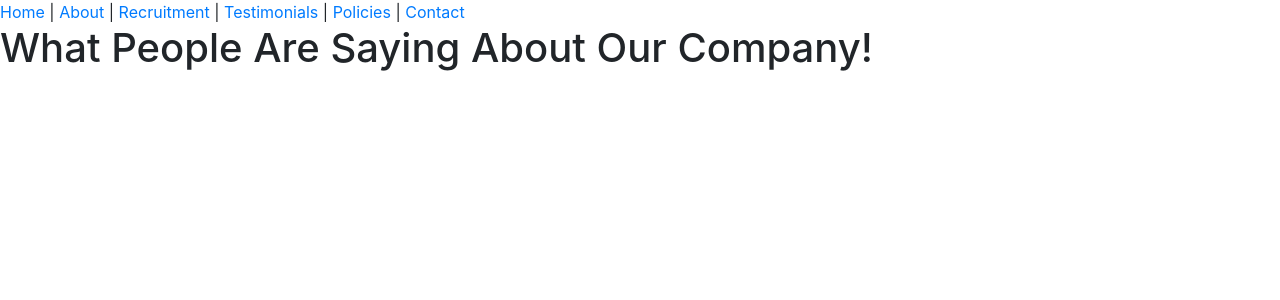
Repository: cerebrium/website
Page: /testimonials
The author's editor kept a copy of each file at every save. The page is drawn from the files as they stood at one save, then again after the next save.
The browser window is 1280 px wide. The pictures show the whole page.
The project was rebuilt for these pictures with package versions that can differ from the ones it lists, and the page was loaded fresh each time. Also part of the build but not shown: src/Routes/About.jsx, src/Routes/Recruitment.jsx, src/Routes/Policies.jsx, src/Routes/Home.jsx, src/Routes/Contact.jsx.

Above is the page before, as saved 2019-11-02 11:36:11.

After the next save:
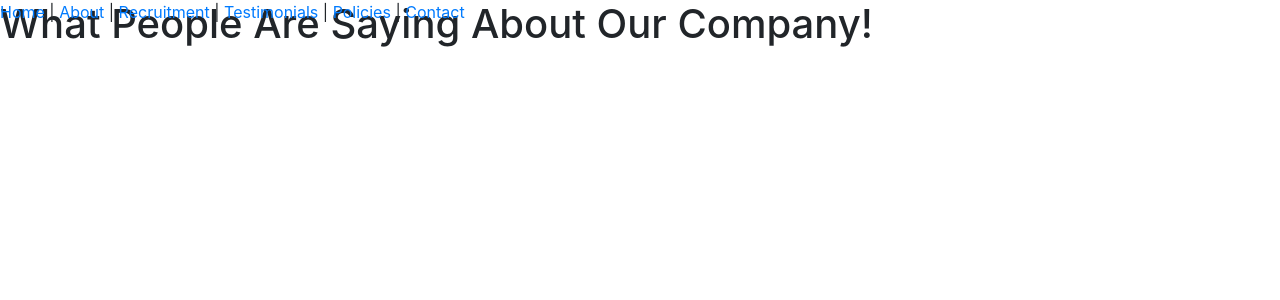
Saved 12 s later.
--- a/src/styles/App.css
+++ b/src/styles/App.css
@@ -3,5 +3,5 @@
 }
 
 nav {
-  display: inline;
+  position: absolute;
 }

After the save that followed:
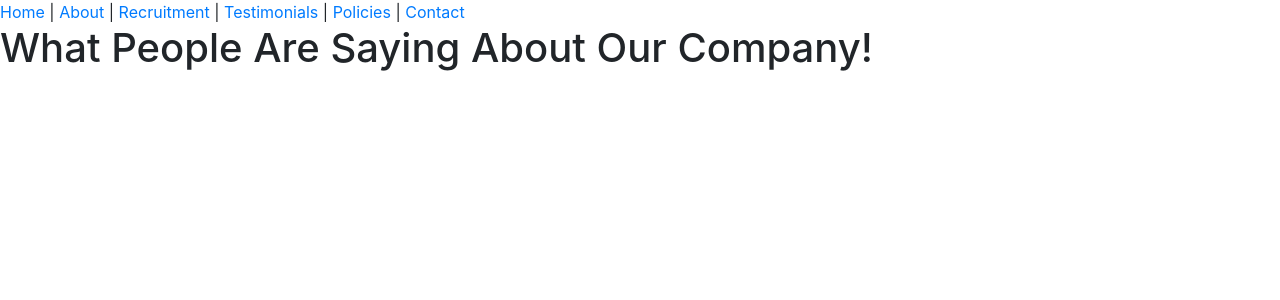
Saved 8 s later.
--- a/src/styles/App.css
+++ b/src/styles/App.css
@@ -3,5 +3,5 @@
 }
 
 nav {
-  position: absolute;
+  position: relative;
 }
